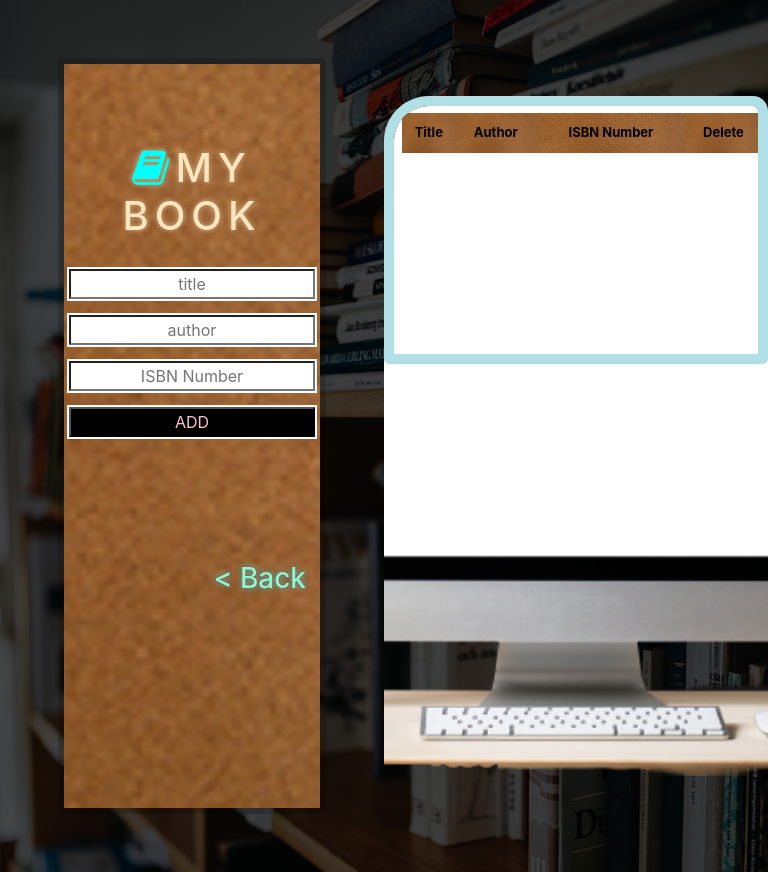
Repository: CSituma/Home-Library-App
Page: libu.html
An editor plug-in stored every save of this project. The page is shown before and after the next save, followed by the edit.
The browser window is 768 px wide. The pictures show the whole page.
Backgrounds fixed to the window are drawn as part of the page. Some web libraries are served in a nearby version.

Above is the page before, as saved 2020-11-10 21:11:36.

### libu.html
<!DOCTYPE html>
<html lang="en">
<head>
    <meta charset="UTF-8">
    <meta name="viewport" content="width=device-width, initial-scale=1.0">
    <meta http-equiv="X-UA-Compatible" content="ie=edge">
    <link rel="stylesheet" href="style.css">
    <link rel="stylesheet" href="https://cdnjs.cloudflare.com/ajax/libs/font-awesome/4.7.0/css/font-awesome.min.css"/>
<link rel="stylesheet" href="https://stackpath.bootstrapcdn.com/bootstrap/4.5.0/css/bootstrap.min.css" integrity="sha384-9aIt2nRpC12Uk9gS9baDl411NQApFmC26EwAOH8WgZl5MYYxFfc+NcPb1dKGj7Sk" crossorigin="anonymous"/>
<link rel="stylesheet" href="https://cdnjs.cloudflare.com/ajax/libs/animate.css/4.0.0/animate.min.css"/>
  <title>BOOK TRACKER</title>
</head>
<body>
    <div class="columns">
        <div class="js">

            <h1><i class="fa fa-book"></i>MY BOOK</h1>
            <form id="form">
                <input type= "text" id= "title"  placeholder="title">
                <input type= "text" id= "author" placeholder="author" >
                <input type= "text" id= "number" placeholder="ISBN Number">
                <input type= "submit"id= "button" value="ADD">
            </form>
        <h3> <a href= "./index.html"> < Back </a></h3>
        </div>
        <div class="storage" >
              <div class="storage_items">
        <table id="table">
            <thead>
                <tr>
                <th id="title">Title</th>
                <th>Author</th>
                <th>ISBN Number</th>
                <th>Delete</th>
                </tr>
                </thead>
                <tbody class="Booklist" id="booklist">
                </tbody>
            </table>
            </div>
        </div>
</div>
    <script src="lib.js"></script>
 </body>
 </html>

### style.css
/*homepage//////////////*/
body,
html {
  max-width: 100%;
  margin: 0;
  padding: 0;
  max-height: 100%;
  background: url("./images/sandra-seitamaa-qkIWnKtGhg4-unsplash.jpg")
    center/cover no-repeat fixed;
}

.container {
  margin: 10em 20em 20em 20em;
  height: 400px;
  width: 40%;
  background-color: rgba(146, 116, 15, 0.445);
  text-align: center;
}

.lol {
  padding-top: 5em;
  font-weight: 800;
  font-style: italic;
}
span {
  color: yellow;
  font-weight: 400;
}
#lolone {
  color: ghostwhite;
}

h3 {
  padding-top: 4em;
  float: right;
  margin-right: 0.5em;
  font-weight: 900;
  font-size: 2rem;
  text-shadow: 0 0 3px #FF0000, 0 0 5px aqua;
}

h3 a {
  text-decoration: none;
 color: aquamarine;

}

h3 a:hover {
  text-decoration: none;
  color: burlywood;
}

#you {
  padding: 1rem;
  color: gold;
}

/*library////////////////*/
.columns {
  display: flex;
  justify-content: space-between;
  max-width: 100%;
  max-height: 100%;
  background: rgba(0, 0, 0, 0.692) fixed;

}
h1{
  letter-spacing: 6px;
  text-shadow: 0 0 3px olive, 0 0 5px pink;
  padding-top:2em;
  margin: 0;
  color: bisque;

}
table {
  background: black;
  width: 100%;
  margin:0.5em;
  margin-left:0.2em;
  text-align: center;
  color:white;

}


td{
  margin: 2em;
}
tr{
  border-left: white 5px solid;
  height: 40px;
}
th {
  color: black;
  background:url('./images/josephine-bredehoft-KsAo8ouBn8A-unsplash.jpg') center/cover no-repeat;
  outline: none;
}
tbody tr:nth-child(odd){
  background:white;
 color: olive;
}
tbody tr:nth-child(odd):hover {
  box-shadow: 0 0 0 2px white;

}
tbody tr:nth-child(even){
background:black;

}
tbody tr:nth-child(even):hover{
  box-shadow: 0 0 0 2px gray;
}

 .fa {
   color:aqua;
 }
 .fa:hover{
   font-size:1.3em;
 }
form {
  padding: 0.3em;
  margin-top: 1em;
}

form input {
  width: 100%;
  margin: 0.5em 0;
  -webkit-box-shadow: 0 0 0 2px white;
  box-shadow: 0 0 0 2px white;
}

:placeholder-shown {
  text-align: center;
}

#button {
  color: pink;
  background-color: black;
}

/*/////////////////////////////////*/
.storage_items {

  background-color: white;
  width:100%;
  max-height: 70%;
  margin-left: 8em;
  margin-top: 5em;
  margin-bottom: 2em;
  border: rgb(0, 0, 0) 5px solid;
  border-style: groove;
  padding-bottom: 15em;
  overflow: scroll;
  scroll-behavior: smooth;
  scrollbar-width: 2px;
}
.storage {
  background:url("./images/1463-removebg-preview.png") center/cover no-repeat;
  width: 60%;
  height: 85vh;
  margin: 6em 3em 6em 0;
  border-radius: 3px;

}
.js {
  -webkit-box-shadow: 0 0 0 6px rgba(0, 0, 0, 0.191);
  box-shadow: 0 0 0 6px rgba(0, 0, 0, 0.191);
  text-align: center;
  width: 40%;
  margin: 6em 0em 6em 3em;
  background: url("./images/josephine-bredehoft-KsAo8ouBn8A-unsplash.jpg")
    center/cover no-repeat;
}

@media screen and (max-width:1000px) {
  .storage{
    margin-right: 0;

    background: url("./images/719-removebg-preview.png") center/cover no-repeat;
  }
  .storage_items{
    margin:0;
    font-size: 13px;
   border: 10px solid black;
   border-radius: 45px;
   border-bottom-right-radius:5px;
   border-bottom-left-radius:5px;
   border-top-right-radius:15px;

   padding:0;
   padding-bottom: 15em;

}

.js{
  margin: 0;}


}

@media screen and (min-width:1000px) {

 .storage_items{
  max-height: 60%;
    background-color: white;
    width: 400px;
    height: 50%;
    margin-left: 10em;
    margin-top: 5.5em;

  }


 }

 @media screen and (max-width:800px)
 {
  .storage{
    margin-right: 0;

    background: url("./images/719-removebg-preview.png") center/cover no-repeat;
  }
  .storage_items{
    margin:0;
    font-size: 13px;
   border: 10px solid powderblue;
   border-radius: 45px;
   border-bottom-right-radius:5px;
   border-bottom-left-radius:5px;
   border-top-right-radius:15px;

   padding:0;
   padding-bottom: 15em;

}

.js{
  margin:4em;}

 }

### lib.js
// Book Class: Represents a Book
class Book {
  constructor(title, author, isbn) {
    this.title = title;
    this.author = author;
    this.isbn = isbn;
  }
}

// UI Class: Handle UI Tasks
class UI {
//display Books.//
static displayBooks () {
 const books = Store.getBooks();
 books.forEach(((book) =>
  UI.addBookToList(book)));
}


//addbooks
static addBookToList(book) {

const bookList = document.querySelector('#booklist');
const row = document.createElement('tr');

row.innerHTML= `<td>${book.title} </td>
               <td>${book.author}</td>
               <td>${book.isbn}</td>
              <td><i class="fa fa-trash-o"></i></td>`;

bookList.appendChild(row);

}


//deletebooks
static deleteBook(el){
 if(el.classList.contains('fa')){
   el.parentElement.parentElement.remove();
  }}

////show alert msg
static showAlert(message, className){
const div = document. createElement('div');
div.className = `alert alert-${className}`;
div.appendChild(document.createTextNode(message));
const button = document.getElementById('button');
const form = document.getElementById('form');


form.insertBefore(div, button);


//message vanishing//

setTimeout(() => {
  document.querySelector('.alert').remove();
}, 3000);

}

//clear fields//

static clearFields() {
  document.querySelector('#title').value = '';
  document.querySelector('#author').value = '';
  document.querySelector('#number').value = '';
}

}

///Events:
/* 1. Display Books */

document.addEventListener('DOMContentLoaded', UI.displayBooks);

/* 2. Add Books*/
document.querySelector("#form").addEventListener('submit',(e) =>
{
e.preventDefault();
///get form values//
const title = document.querySelector('#title').value;
const author = document.querySelector('#author').value;
const isbn = document.querySelector('#number').value;

  // Validate
 if(title ===''|| author===''|| isbn===''){
   UI.showAlert('Please fill in the Form', 'danger')
 }
else{
  //instantiate Book
  const book = new Book(title,author,isbn);

//////Adding
UI.addBookToList(book);

Store.addBook(book);

///Show Sucess Message
UI.showAlert('Added', 'success');
//Clearfields
UI.clearFields();


 }
}
);


/////3. Remove BOOK////
document.querySelector('#booklist').addEventListener('click', (e)=>{
e.preventDefault();
//deleting from UI

UI.deleteBook(e.target);
///deleting from Store
Store.removeBook(e.target.parentElement.previousElementSibling.textContent);
//Message
UI.showAlert('Book Deleted', 'danger');

}
);

///localStorage
class Store{
  static getBooks(){
    let books;
   if (localStorage.getItem('books') === null){
     books = [];
   }
   else {
     books = JSON.parse(localStorage.getItem('books'));
   }
   return books;
  }

  static addBook(book){
    const books= Store.getBooks();
    books.push(book);
   localStorage.setItem('books',JSON.stringify(books));
  }
  static removeBook(isbn) {
    const books = Store.getBooks();

    books.forEach((book, index) => {
      if(book.isbn === isbn) {
        books.splice(index, 1);
      }
    });
    localStorage.setItem('books', JSON.stringify(books));
  }
}

After the next save:
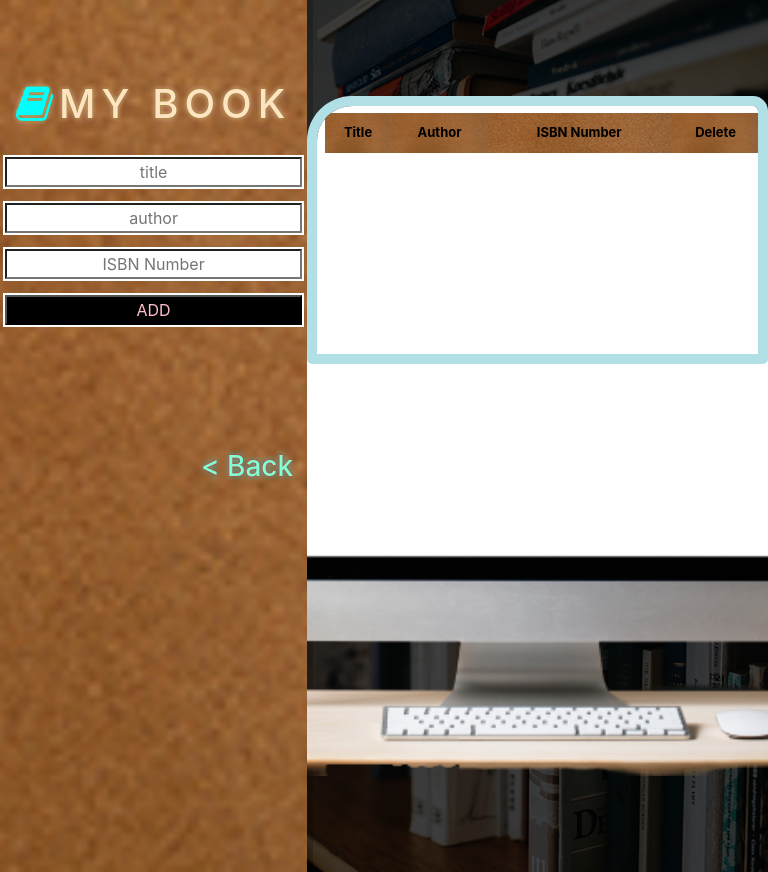
Saved 82 s later.
--- a/style.css
+++ b/style.css
@@ -235,6 +235,7 @@ form input {
 }
 
 .js{
+  transform: skew(20deg)
   margin:4em;}
 
  }
